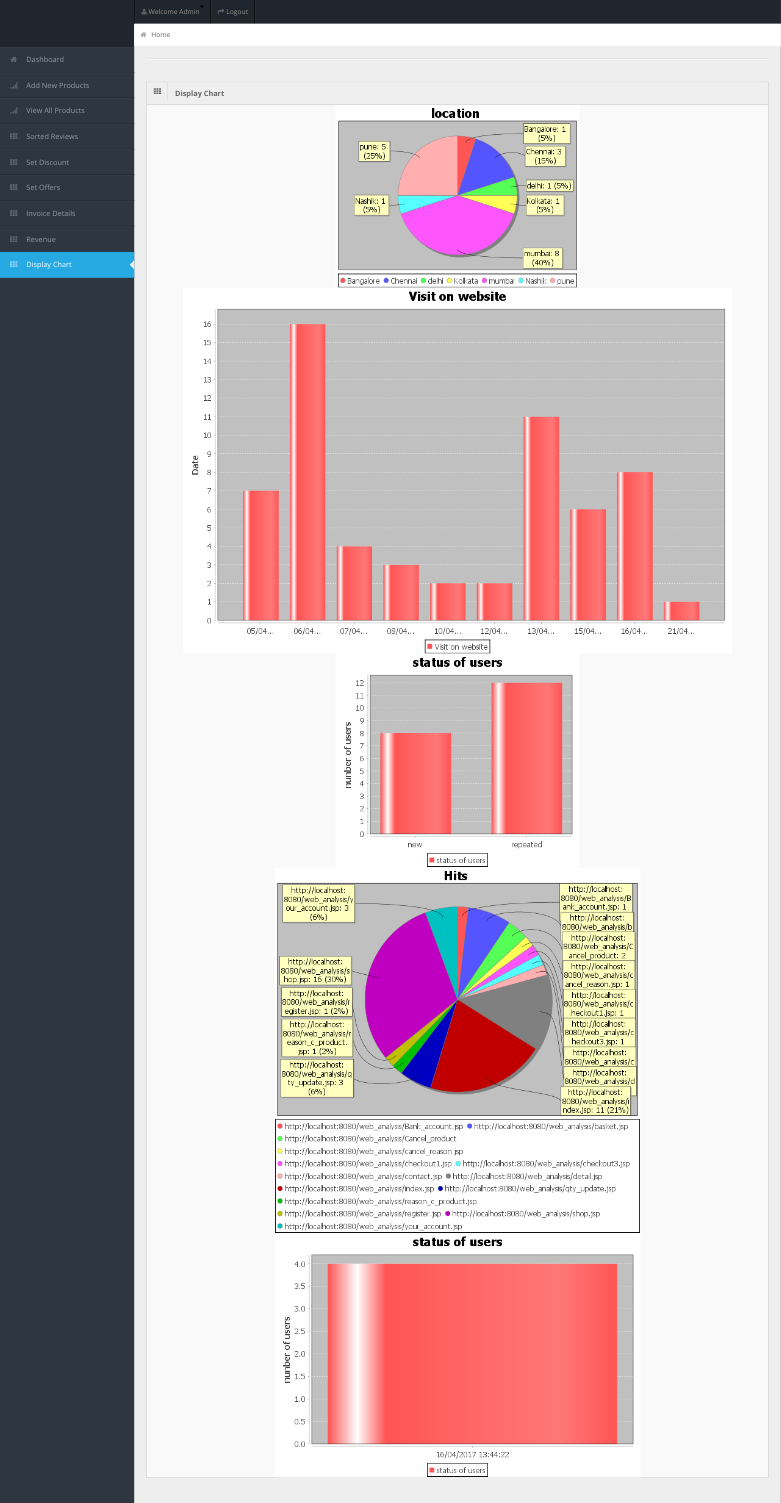
Repository: swati1010/web-analytics
Page: http://localhost/web_analysis/display_chart.jsp
The author's editor kept a copy of each file at every save. The page is drawn from the files as they stood at one save, then again after the next save.
The browser window is 1280 px wide. The pictures show the whole page, at 61% of full size.
The page is served by Tomcat 9. The template is opened directly, without the code that normally fills it, so the values that code supplies are empty.

Above is the page before, as saved 2017-04-20 10:52:25.
Console error (its wording comes from the project's code and is left out).

After the next save:
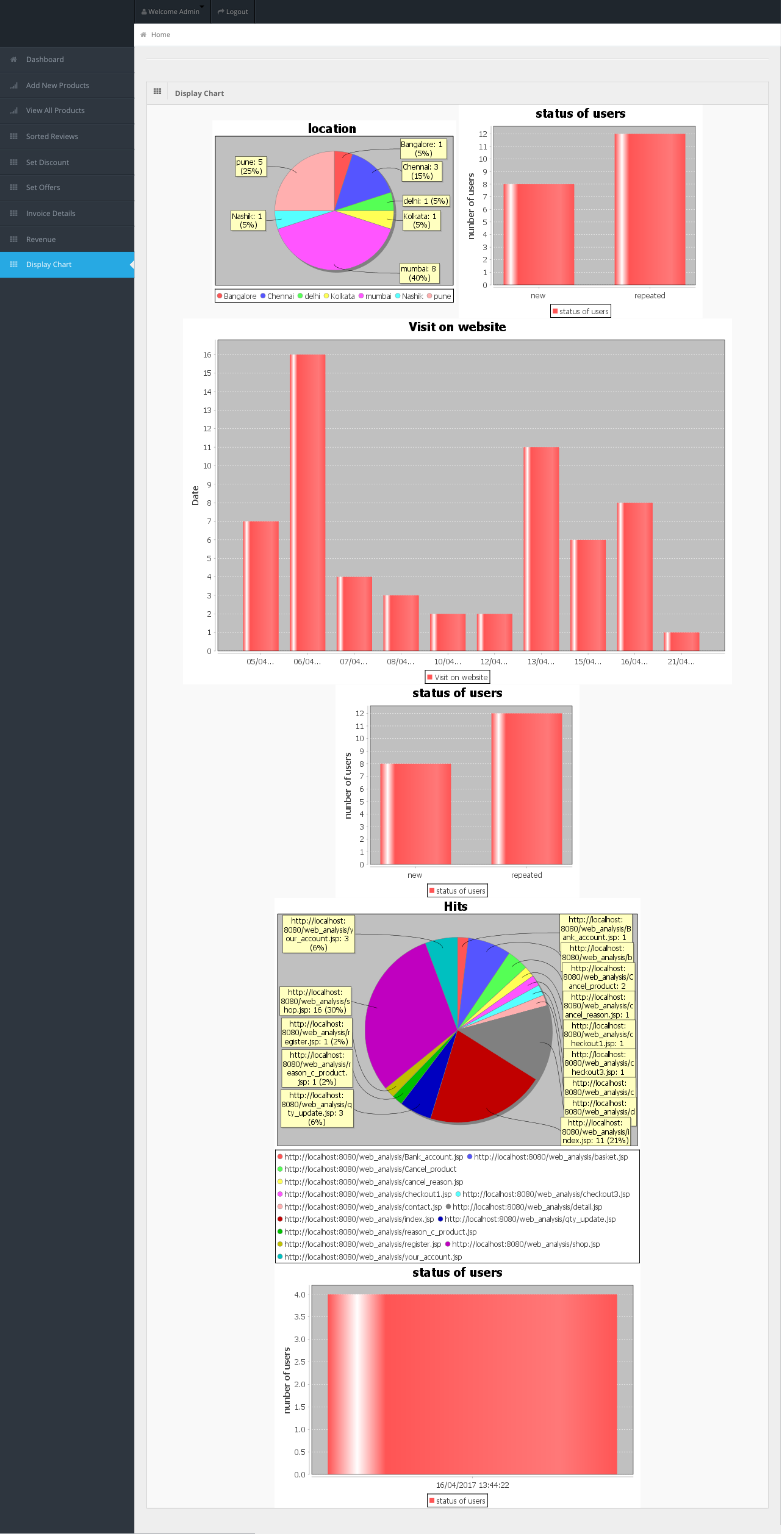
Saved 8 min 16 s later.
--- a/web_analysis/WebContent/display_chart.jsp
+++ b/web_analysis/WebContent/display_chart.jsp
@@ -140,7 +140,8 @@ margin-left: 4em;
                 <div class="pie" id="pie4"></div><br> -->
 
                  <img alt="" src="Chart//location.png">
-               <img alt="" src="Chart//visit_On_Website.png">
+                  <img alt="" src="Chart//New_repeat.png"><br>
+               <img alt="" src="Chart//visit_On_Website.png"><br>
                <img alt="" src="Chart//New_repeat.png"><br>
                 <img alt="" src="Chart//hits.png"><br>
                  <img alt="" src="Chart//active_user.png"><br>
